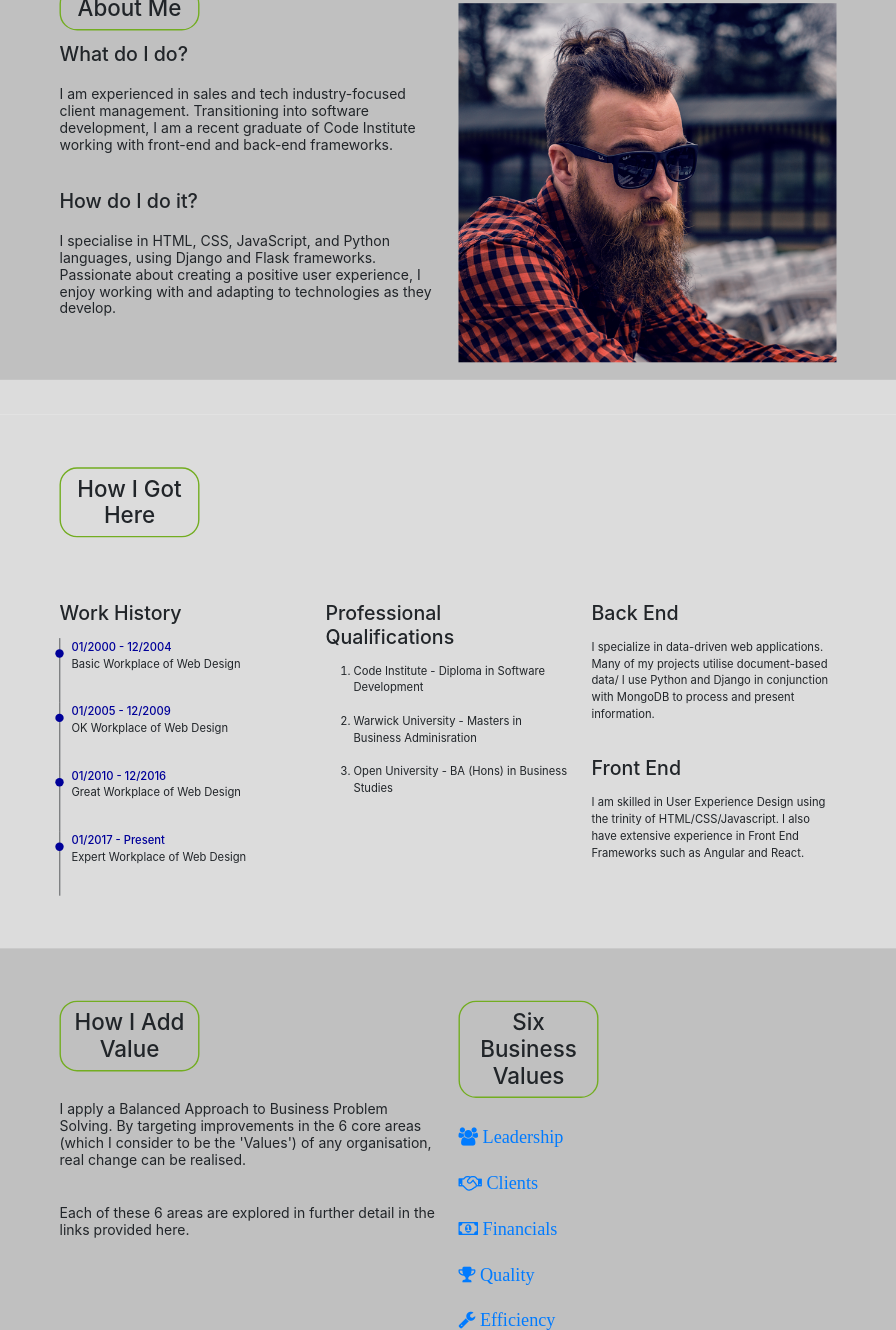
Repository: Code-Institute-Submissions/tenerim-milestone1
Page: index.html
The author's editor kept a record of every edit. The page is drawn from the files as they stood at one moment, then again after the next edit.
The browser window is 1280 px wide. The pictures show the part of the page from y = 1382 to 3282 px (the page is 4373 px tall), at 70% of full size.
A picture or video elsewhere on the page could not be fetched, so the positions and the page height are approximate.

Above is the page before.

### index.html
<!DOCTYPE html>
<html lang="en">

<head>
    <meta charset="UTF-8">
    <meta name="viewport" content="width=device-width, initial-scale=1.0">
    <meta http-equiv="X-UA-Compatible" content="ie=edge">
    <link rel="stylesheet" href="https://stackpath.bootstrapcdn.com/bootstrap/4.3.1/css/bootstrap.min.css" type="text/css" />
    <link href="https://stackpath.bootstrapcdn.com/bootstrap/4.3.1/css/bootstrap.min.css" rel="stylesheet" integrity="sha384-ggOyR0iXCbMQv3Xipma34MD+dH/1fQ784/j6cY/iJTQUOhcWr7x9JvoRxT2MZw1T" crossorigin="anonymous">
    <link rel="stylesheet" href="https://stackpath.bootstrapcdn.com/font-awesome/4.7.0/css/font-awesome.min.css" type="text/css" />
    <link href="https://stackpath.bootstrapcdn.com/font-awesome/4.7.0/css/font-awesome.min.css" rel="stylesheet" integrity="sha384-wvfXpqpZZVQGK6TAh5PVlGOfQNHSoD2xbE+QkPxCAFlNEevoEH3Sl0sibVcOQVnN" crossorigin="anonymous">
    <link rel="stylesheet" href="assets/css/style.css" type="text/css" />
    <title>MT Milestone Project 1</title>
</head>

<body>
    <!-------------------------------------------------------------Intro Page -->
    <header id="welcome-page">

        <!-------------------------------------Navigation Bar------>


        <nav class="navbar navbar-expand-lg navbar-light bg-light">
            <a class="navbar-brand" href="#"></a>
            <button class="navbar-toggler" type="button" data-toggle="collapse" data-target="#navbarNav" aria-controls="navbarNav" aria-expanded="false" aria-label="Toggle navigation">
    <span class="navbar-toggler-icon"></span>
  </button>

            <div class="collapse navbar-collapse" id="navbarNav">
                <ul class="navbar-nav">
                    <li class="nav-item active">
                        <a class="nav-link" href="#about-me">About Me <span class="sr-only">(current)</span></a>
                    </li>
                    <li class="nav-item">
                        <a class="nav-link" href="#how-i-got-here">How I Got Here </a>
                    </li>
                    <li class="nav-item">
                        <a class="nav-link" href="#how-i-add-value">Adding Value </a>
                    </li>
                    <li class="nav-item">
                        <a class="nav-link" href="#contact">Contact Me </a>
                    </li>
                </ul>
            </div>
        </nav>

        <!-------------------------------------Image and Text ----->

        <img src="images/city.jpg" alt="city" style="width:100%; height:auto;"></img>

        <div class="container-fluid">
            <div class="row">
                <div class="container">
                    <div class="text-right">
                        <h1 class="display-4">Michael Tenerife</h1>
                        <p class="lead">Full Stack Web Developer</p>
                    </div>
                </div>
            </div>
        </div>

    </header>

    <!-------------------------------------------------------------About Me Page -->

    <section id="about-me">

        <div class="splash">
            <div class="container">

                <div class="row">
                    <div class="col-sm-6">

                        <h2 class="headbox">About Me</h2>

                        <h3>What do I do?</h3>
                        <h5 class="font-weight-normal">I am experienced in sales and tech industry-focused client management. Transitioning into software development, I am a recent graduate of Code Institute working with front-end and back-end frameworks.</h5>
                        <br />
                        <h3>How do I do it?</h3>
                        <h5 class="font-weight-normal">I specialise in HTML, CSS, JavaScript, and Python languages, using Django and Flask frameworks. Passionate about creating a positive user experience, I enjoy working with and adapting to technologies as they develop.</h5>
                        <br />
                    </div>
                    <div class="col-sm-6">
                        <br />
                        <img src="images/guy-image.png" alt="city" style="width:100%; height:auto;"></img>
                    </div>
                </div>
            </div>
        </div>

    </section>

    <!-------------------------------------------------------------How I Got Here -->


    <section id="how-i-got-here">

        <div class="container">
            <div class="row">
                <div class="col-4">
                    <h2 class="headbox">How I Got Here</h2>
                    <br />
                </div>
            </div>
        </div>

        <div class="container">
            <div class="row">
                <div class="col-sm-4">
                    <h3>Work History</h3>

                    <div class="timeline-item" data-dates="01/2000 - 12/2004">
                        <p>Basic Workplace of Web Design</p>
                    </div>
                    <div class="timeline-item" data-dates="01/2005 - 12/2009">
                        <p>OK Workplace of Web Design </p>
                    </div>
                    <div class="timeline-item" data-dates="01/2010 - 12/2016">
                        <p>Great Workplace of Web Design</p>
                    </div>
                    <div class="timeline-item" data-dates="01/2017 - Present">
                        <p>Expert Workplace of Web Design</p>
                    </div>
                </div>


                <div class="col-sm-4">
                    <h3>Professional Qualifications</h3>
                    <ol>
                        <li>Code Institute - Diploma in Software Development</li>
                        <br />
                        <li>Warwick University - Masters in Business Adminisration</li>
                        <br />
                        <li>Open University - BA (Hons) in Business Studies</li>
                    </ol>
                </div>
                <div class="col-sm-4">
                    <h3>Back End</h3>
                    <p>I specialize in data-driven web applications. Many of my projects utilise document-based data/ I use Python and Django in conjunction with MongoDB to process and present information.
                    </p>
                    <br />
                    <h3>Front End</h3>
                    <p>I am skilled in User Experience Design using the trinity of HTML/CSS/Javascript. I also have extensive experience in Front End Frameworks such as Angular and React.
                    </p>
                </div>
            </div>
        </div>

    </Section>

    <!-------------------------------------------------------------How I Add Value -->

    <Section id="how-i-add-value" ; class="splash" ;>

        <div class="container">
            <div class="row">

                <div class="col-sm-6">
                    <h2 class="headbox">How I Add Value</h2>
                    <br />
                    <h5 class="font-weight-normal">I apply a Balanced Approach to Business Problem Solving. By targeting improvements in the 6 core areas (which I consider to be the 'Values') of any organisation, real change can be realised.</h5>
                    <br />
                    <h5 class="font-weight-normal">Each of these 6 areas are explored in further detail in the links provided here.</h5>
                    <br />
                </div>

                <div class="col-sm-6">
                    <h2 class="headbox">Six Business Values</h2>
                    <br />
                    <div class="values">
                        <a href="Leadership.html"> <i class="fa fa-users fa-2x" aria-hidden="true"> Leadership</i> </a>
                        <br />
                        <br />
                        <a href="Clients.html"> <i class="fa fa-handshake-o fa-2x" aria-hidden="true"> Clients</i> </a>
                        <br />
                        <br />
                        <a href="Financials.html"> <i class="fa fa-money fa-2x" aria-hidden="true"> Financials</i> </a>
                        <br />
                        <br />
                        <a href="Quality.html"> <i class="fa fa-trophy fa-2x"aria-hidden="true"> Quality</i> </a>
                        <br />
                        <br />
                        <a href="Efficiency.html"> <i class="fa fa-wrench fa-2x" aria-hidden="true"> Efficiency</i> </a>
                        <br />
                        <br />
                        <a href="People.html"> <i class="fa fa-user-circle-o fa-2x" aria-hidden="true"> People</i> </a>
                        <br />
                        <br />
                    </div>
                </div>

            </div>

    </Section>

    <!-------------------------------------------------------------Contact -->

    <Section id="contact" ;>

        <div class="container" ;>
            <div class="row">

                <div class="col-6">
                    <h3 class="uppercase text-center">Can I help?</h3>
                    <img src="images/office.jpg" alt="city" style="width:100%; height:auto;"></img>
                </div>

                <div class="col-6">
                    <h3 class="uppercase text-center">Let's work together!</h3>
                    <div class="center-form">
                        <form>
                            <input type="text" name="name" id="fullname" class="form-control" placeholder="Name" required />
                            <input type="email" name="email" id="emailaddress" class="form-control" placeholder="Email" required />
                            <textarea rows="5" name="projectsummary" id="projectsummary" class="form-control" placeholder="Project description" required></textarea>
                            <div class="form-row text-center">
                                <div class="col">
                                    <button type="submit" class="btn btn-secondary">Send Project Request</button>
                                </div>
                            </div>
                        </form>
                    </div>
                </div>

            </div>
        </div>

    </Section>

    <!-------------------------------------------------------------Footer -->

    <Section id="footer" ;>

        <footer class="container">
            <div id="footer-details" class="row">
                <div class="col-sm-6">
                    <h5 class="uppercase general-sub">About</h5>
                    <p class "inline-block">
                        Full Stack Web Developer. Skilled in everything from HTML to Keroku. The capacity for structural and design thinking.</p>
                </div>


                <div class="col-sm-6">
                    <h5 class="uppercase general-sub">Social</h5>
                    <ul class="list-inline social-links">
                        <li class="list-inline-item">
                            <a target="_blank" href="#">
                            <i class="fa fa-facebook" aria-hidden="true"></i>
                            <span class="sr-only">Facebook</span>
                        </a>
                        </li>
                        <li class="list-inline-item">
                            <a target="_blank" href="#">
                            <i class="fa fa-twitter" aria-hidden="true"></i>
                            <span class="sr-only">twitter</span>
                        </a>
                        </li>
                        <li class="list-inline-item">
                            <a target="_blank" href="#">
                            <i class="fa fa-linkedin" aria-hidden="true"></i>
                            <span class="sr-only">LinkedIn</span>
                        </a>
                        </li>
                        </li>
                        <li class="list-inline-item">
                            <a target="_blank" href="#">
                            <i class="fa fa-pinterest" aria-hidden="true"></i>
                            <span class="sr-only">Pinterest</span>
                        </a>
                        </li>
                        </li>
                        <li class="list-inline-item">
                            <a target="_blank" href="#">
                            <i class="fa fa-instagram" aria-hidden="true"></i>
                            <span class="sr-only">Instagram</span>
                        </a>
                        </li>
                        </li>
                        <li class="list-inline-item">
                            <a target="_blank" href="#">
                            <i class="fa fa-youtube" aria-hidden="true"></i>
                            <span class="sr-only">YouTube</span>
                        </a>
                        </li>
                    </ul>
                </div>
            </div>

        </footer>

    </Section>

</body>

</html>

### assets/css/style.css
.container-fluid {
    background-color: rgb(220, 220, 220);
}

section {
    background-color: rgb(220, 220, 220);
    padding-top: 50px;
    padding-bottom: 50px;
}


.splash {
    background-color: rgb(192, 192, 192);
}


.display-4 {
    padding-top: 50px;
}


.lead {
    padding-bottom: 50px;
}


.headbox {
    border-radius: 25px;
    border: 2px solid #73AD21;
    padding: 10px;
    text-align: center;
    width: 200px;

}

h4 {
    color: rgb(255, 255, 255);
}


.alert-link {

color: rgb(255, 255, 255);
}

/*--------------------------------------How I Got Here-----*/

.timeline-item {
    padding: 0em 1em 1em 1em;
    border-left: 1px solid;
}

.timeline-item:before {
    content: attr(data-dates);
    left: 2.5em;
    top: 3em;
    display: block;
    font-weight: 500;
    font-size: 1em;
    color: #000099;
}

.timeline-item:after {
    width: 12px;
    height: 12px;
    display: block;
    top: -3em;
    position: relative;
    left: -23px;
    border-radius: 12px;
    content: "";
    background: #000099;
}


/*--------------------------------------How I Add Value-----*/

.values {
        font-size: 13px;
        color: #fafafa;
    }






/*--------------------------------------Contact-----*/

.contact {
  position: relative;
  text-align: center;
  color: white;
}


.top-left {
  position: absolute;
  top: 8px;
  left: 16px;
}




/*--------------------------------------Footer-----*/

.social-links {
    padding-bottom: 15px;
}

.social-links li a i {
    width: 32px;
    height: 32px;
    padding: 12px 0;
    border-radius: 50%;
    font-size: 13px;
    line-height: 7px;
    text-align: center;
    color: #fafafa;
    background: #8f8f8f;
    transition: all 0.35s ease-in-out;
    -moz-transition: all 0.35s ease-in-out;
    -webkit-transition: all 0.35s ease-in-out;
    -o-transition: all 0.35s ease-in-out;
}

.social-links li a i:hover {
    background: #e84610;
}

#footer-details {
    padding: 20px;
}


/*--------------------------------------Padding-----*/

.container
{
    padding-top: 25px;
    padding-bottom: 25px;
}

h2 {
    padding-top: 10px;
    padding-bottom: 10px
}



h3 {
    padding-top: 10px;
    padding-bottom: 10px
}



h5 {
    padding-top: 10px;
    padding-bottom: 10px
}

.fa {
    padding-top: 10px;
    padding-bottom: 10px
 }

After the next edit:
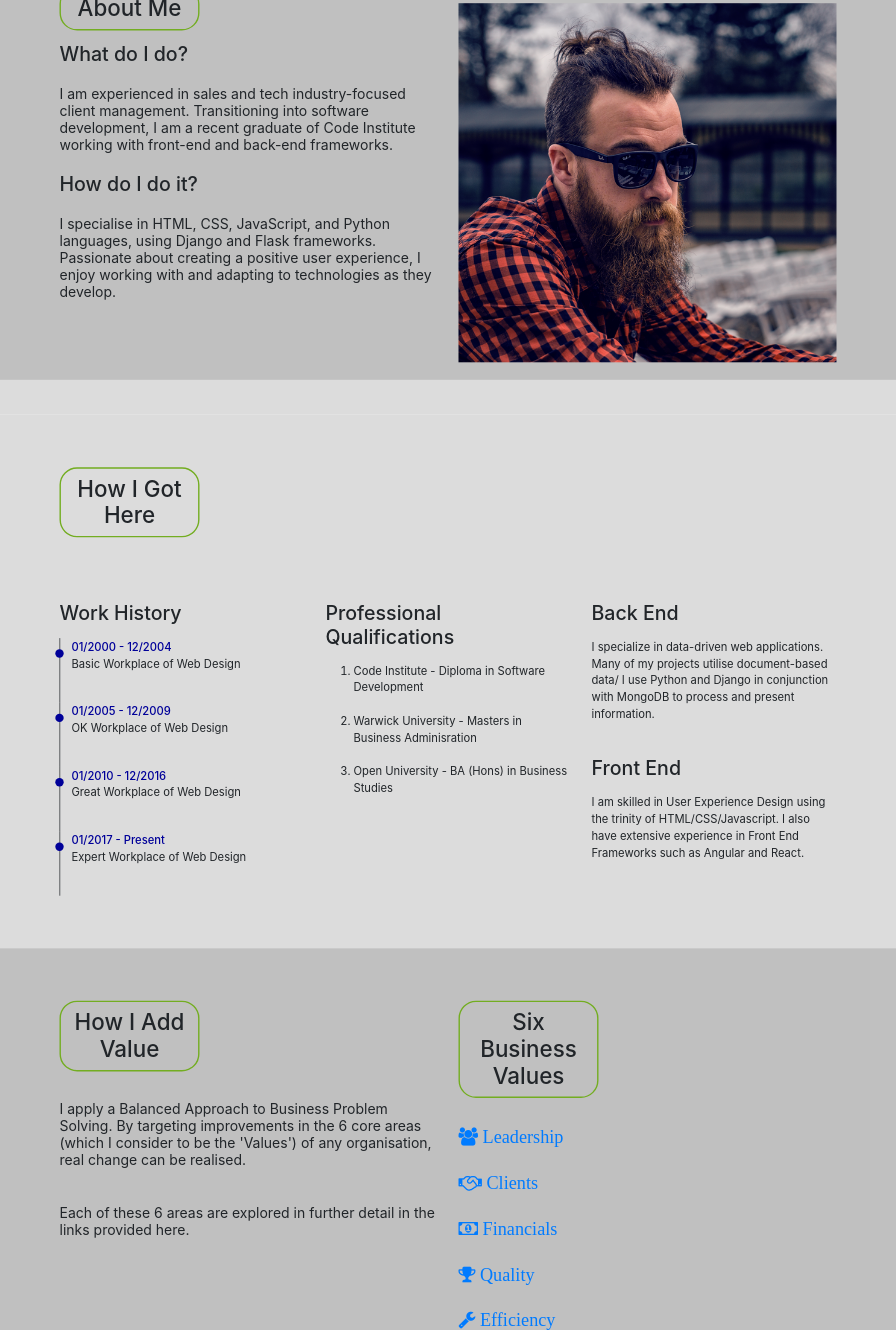
The edit:
--- a/index.html
+++ b/index.html
@@ -75,7 +75,7 @@
 
                         <h3>What do I do?</h3>
                         <h5 class="font-weight-normal">I am experienced in sales and tech industry-focused client management. Transitioning into software development, I am a recent graduate of Code Institute working with front-end and back-end frameworks.</h5>
-                        <br />
+
                         <h3>How do I do it?</h3>
                         <h5 class="font-weight-normal">I specialise in HTML, CSS, JavaScript, and Python languages, using Django and Flask frameworks. Passionate about creating a positive user experience, I enjoy working with and adapting to technologies as they develop.</h5>
                         <br />
